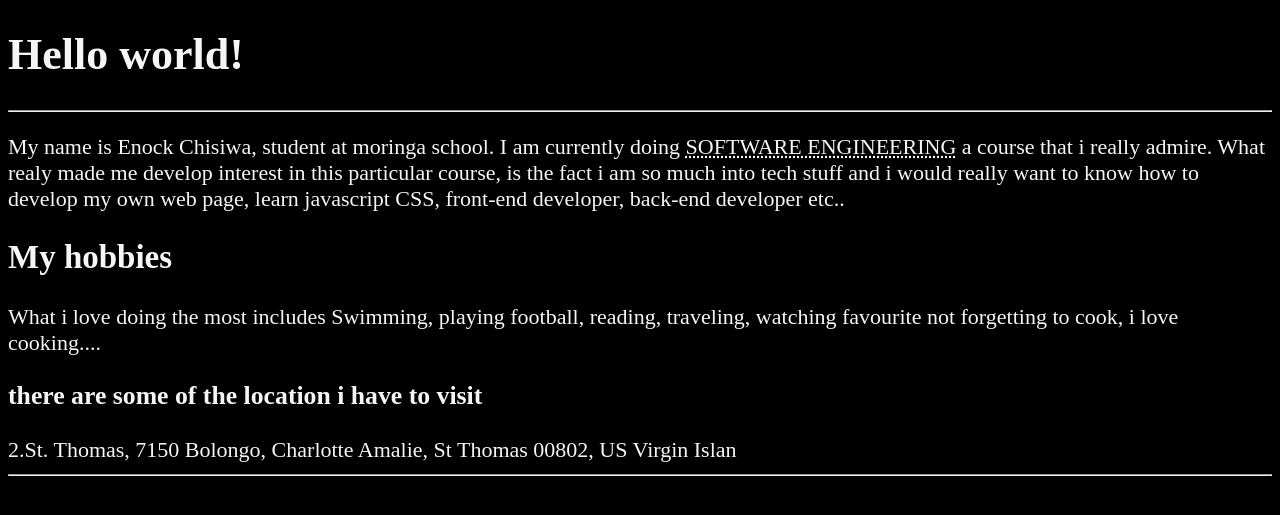
Repository: chiscobyte/README.md
Page: my project/index.html
The author's editor kept a copy of each file at every save. The page is drawn from the files as they stood at one save, then again after the next save.
The browser window is 1280 px wide. The pictures show the whole page.

Above is the page before, as saved 2025-02-22 19:35:50.

### my project/index.html
<!DOCTYPE html>
<html lang="en">
<head>
    <meta charset="UTF-8">
    <meta name="Author" content="Enock Chisiwa">
    <title>Chisiwa web</title>
    <style>
        html {font-size: 22px
        }

        body {
            background-color: black;
            color: whitesmoke;
        }
    </style>
</head>
<body>
    <h1>Hello world!</h1>

    <hr>

    <p>My name is Enock Chisiwa, student at moringa school. I am currently doing <abbr title="idkkkk">SOFTWARE ENGINEERING</abbr> a course that i really admire. What realy made me develop interest in this particular course, is
    the fact i am so much into tech stuff and i would really want to know how to develop my own web page,
    learn javascript CSS, front-end developer, back-end developer etc..</p>

    <h2>My hobbies</h2>
   <p>What i love doing the most includes Swimming, playing football, reading, traveling, watching favourite
      not forgetting to cook, i love cooking....</p>

    <h3>there are some of the location i have to visit </h3>
         <address></address>
          2.St. Thomas, 7150 Bolongo,
            Charlotte Amalie,
            St Thomas 00802, US Virgin Islan</address>

<hr>



</body>
</html>

After the next save:
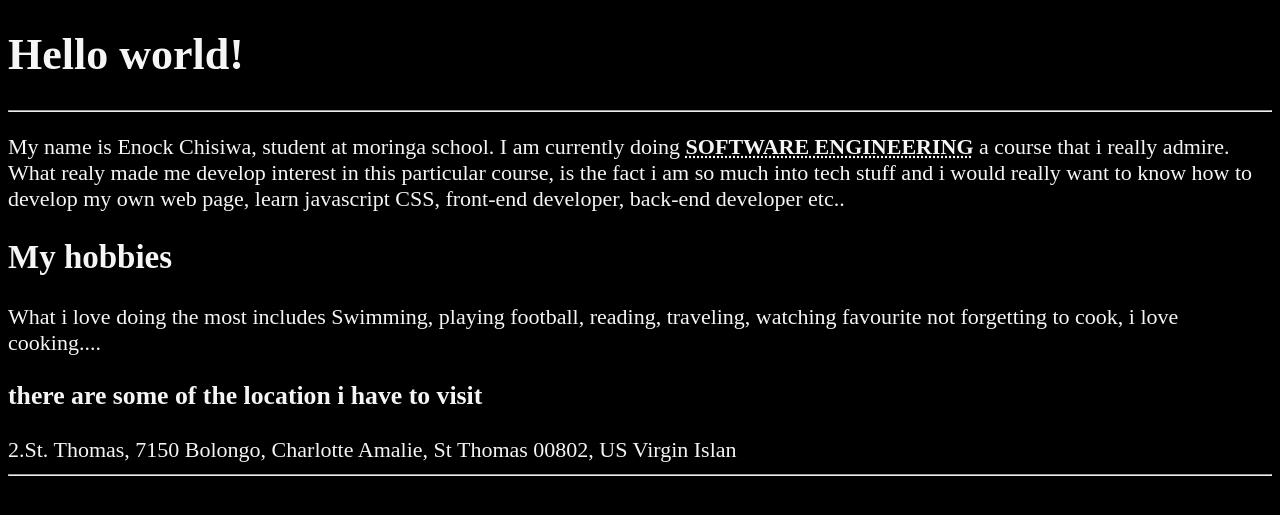
Saved 2 min 35 s later.
--- a/my project/index.html
+++ b/my project/index.html
@@ -19,7 +19,7 @@
 
     <hr>
 
-    <p>My name is Enock Chisiwa, student at moringa school. I am currently doing <abbr title="idkkkk">SOFTWARE ENGINEERING</abbr> a course that i really admire. What realy made me develop interest in this particular course, is
+    <p>My name is Enock Chisiwa, student at moringa school. I am currently doing <strong><abbr title="idkkkk">SOFTWARE ENGINEERING</abbr></strong> a course that i really admire. What realy made me develop interest in this particular course, is
     the fact i am so much into tech stuff and i would really want to know how to develop my own web page,
     learn javascript CSS, front-end developer, back-end developer etc..</p>
 
